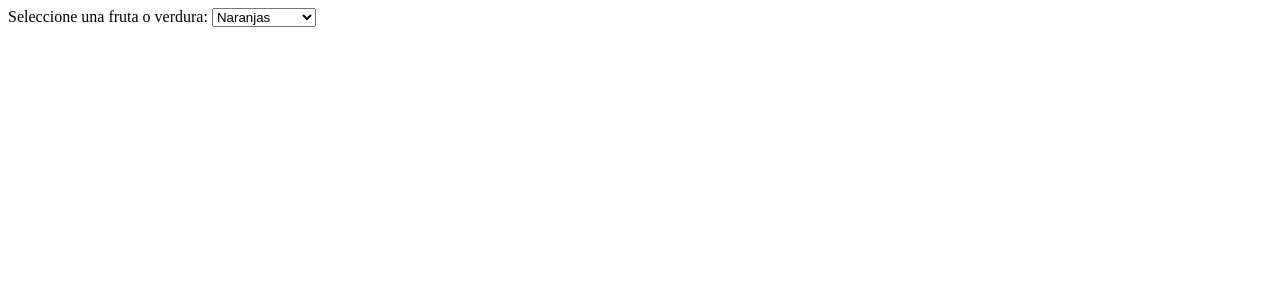
Repository: ScoggoDev/DesarrolloWeb
Page: tarea en equipo 1/tep1.html
These files come from the project's save history. The page is drawn as it stood at one moment and after the next save; the edit follows.
The browser window is 1280 px wide. The pictures show the whole page.

Above is the page before, as saved 2021-07-07 18:44:14.

### tarea en equipo 1/tep1.html
<!DOCTYPE html>
<html lang="es">
    <head>
        <meta charset="UTF-8">
        <meta http-equiv="X-UA-Compatible" content="IE=edge">
        <meta name="viewport" content="width=device-width, initial-scale=1.0">

        <title>Ejercicio en equipo</title>
    </head>

    <body>
        <label for="cars">Seleccione una fruta o verdura:</label>
        <select name="food" id="food">
            <optgroup label="Frutas">
                <option>Naranjas</option>
                <option>Manzanas</option>
                <option>Frutlla</option>
                <option>Durazno</option>
            </optgroup>
            <optgroup label="Verduras">
                <option>Lechuga</option>
                <option>Acelga</option>
                <option>Zapallo</option>
                <option>Papas</option>
                <option>Batatas</option>
                <option>Zanahorias</option>
                <option>Rabanitos</option>
                <option>Calabazas</option>
            </optgroup>
        </select>
    </body>
</html>

After the next save:
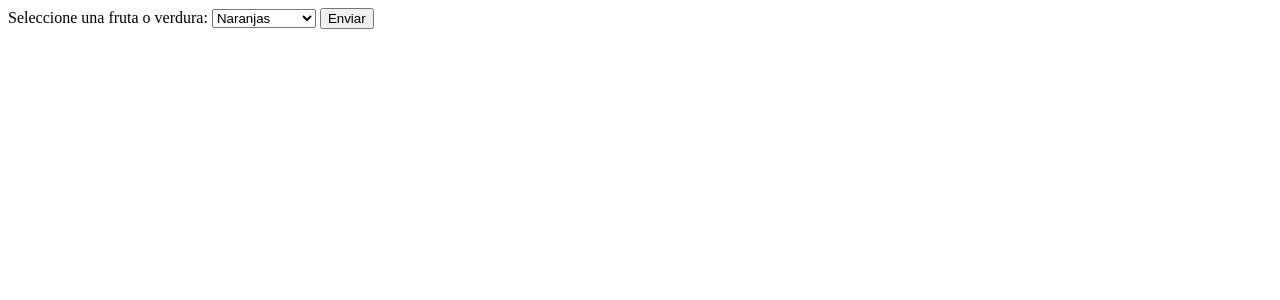
Saved 60 s later.
--- a/tarea en equipo 1/tep1.html
+++ b/tarea en equipo 1/tep1.html
@@ -28,5 +28,6 @@
                 <option>Calabazas</option>
             </optgroup>
         </select>
+        <button type="button">Enviar</button>
     </body>
 </html>
